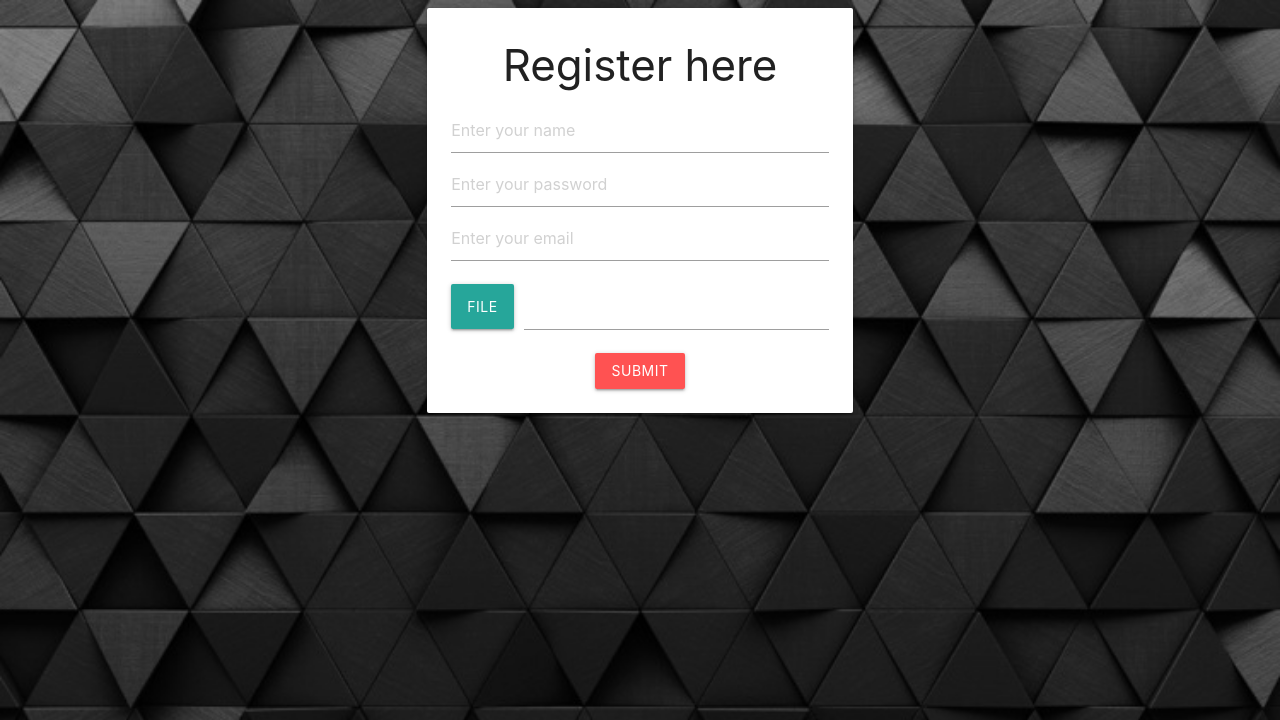
Repository: Attishgawali/JavaServletAndJSP
Page: http://localhost/Register/signup.jsp
An editor plug-in stored every save of this project. The page is shown before and after the next save, followed by the edit.
The browser window is 1280 px wide. The pictures show the whole page.
The page is served by Tomcat 9. Other server files are loaded and not shown.

Above is the page before, as saved 2023-07-06 16:09:14.

### Register/src/main/webapp/signup.jsp
<%@ page language="java" contentType="text/html; charset=UTF-8"
	pageEncoding="UTF-8"%>
<!DOCTYPE html>
<html>
<head>
<meta charset="UTF-8">
<title>Insert title here</title>
<!-- Compiled and minified CSS -->
<link rel="stylesheet"
	href="https://cdnjs.cloudflare.com/ajax/libs/materialize/1.0.0/css/materialize.min.css">

<!-- Compiled and minified JavaScript -->
<script
	src="https://cdnjs.cloudflare.com/ajax/libs/materialize/1.0.0/js/materialize.min.js"></script>
</head>
<body
	style="background: url(image/shutterstock.jpg); background-size: cover; background-attachment: fixed">
	<div class="container">
		<div class="row">
			<div class="col m6 offset-m3" id="myform">
				<div class="card">
					<div class="card-content">
						<h3 style="margin-top: 10px;" class="center-align">Register
							here</h3>
						<div class="form center-align">
							<form action="register" method="post">
								<input type="text" name="username" placeholder="Enter your name">
								<input type="password" name="userpassword"
									placeholder="Enter your password"> <input type="email"
									name="useremail" placeholder="Enter your email">

								<div class="file-field input-field">
									<div class="btn">
										<span>File</span> <input type="file">
									</div>
									<div class="file-path-wrapper">
										<input class="file-path validate" type="text">
									</div>
								</div>

								<button type="submit" class="btn #ff5252 red accent-2">Submit</button>
							</form>
						</div>

						<div class="loader center-align"
							style="margin-top: 20px; display: none;">
							<div class="preloader-wrapper active">
								<div class="spinner-layer spinner-red-only">
									<div class="circle-clipper left">
										<div class="circle"></div>
									</div>
									<div class="gap-patch">
										<div class="circle"></div>
									</div>
									<div class="circle-clipper right">
										<div class="circle"></div>
									</div>
								</div>
							</div>
							<h5>Please Wait ...</h5>
						</div>


					</div>
				</div>
			</div>
		</div>
	</div>

	<script src="https://code.jquery.com/jquery-3.7.0.min.js"
		integrity="sha256-2Pmvv0kuTBOenSvLm6bvfBSSHrUJ+3A7x6P5Ebd07/g="
		crossorigin="anonymous"></script>

	<script>
		/*$(document).ready(function (){
			console.log("page is ready")

			$("#myform").on('submit',function(event){
				event.preventDefault();

				var f = $(this).serialize();

				console.log(f);

				$.ajax({
					url: "register",
					data: f,
					type: 'POST',
					success: function (data,textStatus,jqXHR){
						console.log(data);
						console.log("success ...")
					},
					error: function (jqXHR, textStatus, errorThrown){
						console.log(data);
						console.log("success ...")
					}
				})
			})
		})*/
	</script>
</body>
</html>

After the next save:
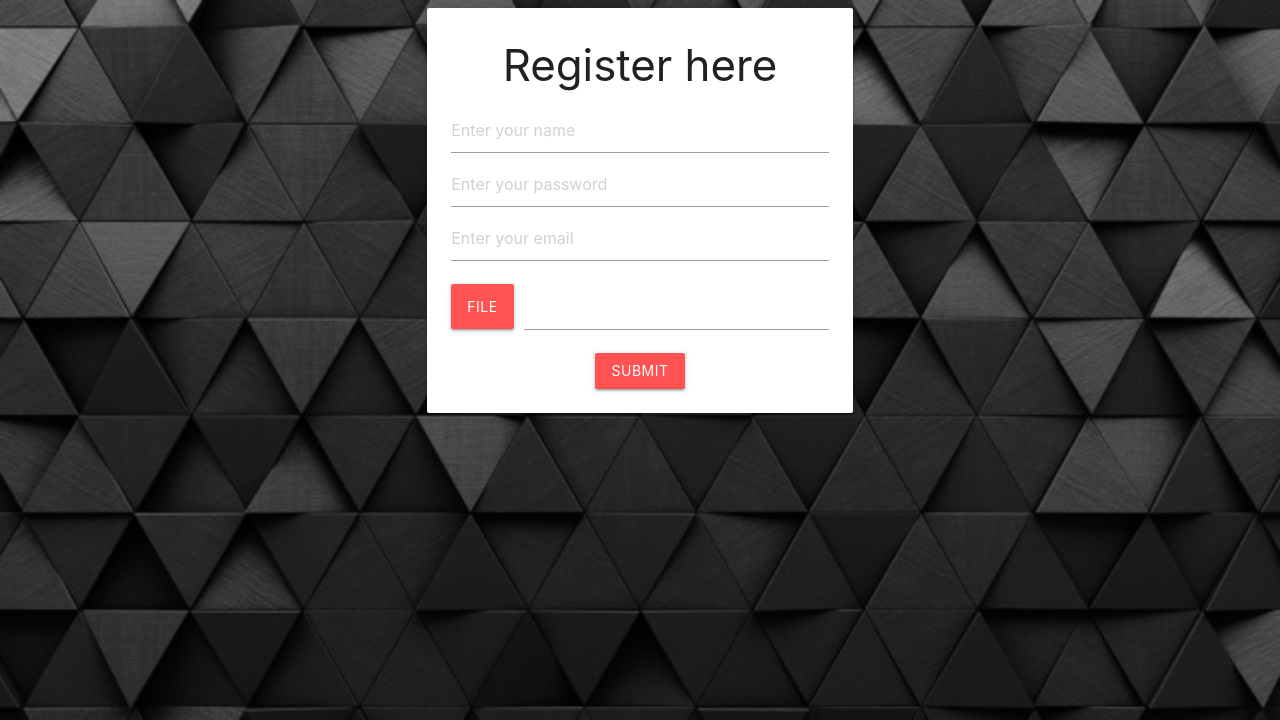
Saved 3 min 45 s later.
--- a/Register/src/main/webapp/signup.jsp
+++ b/Register/src/main/webapp/signup.jsp
@@ -30,7 +30,7 @@
 									name="useremail" placeholder="Enter your email">
 
 								<div class="file-field input-field">
-									<div class="btn">
+									<div class="btn #ff5252 red accent-2">
 										<span>File</span> <input type="file">
 									</div>
 									<div class="file-path-wrapper">
